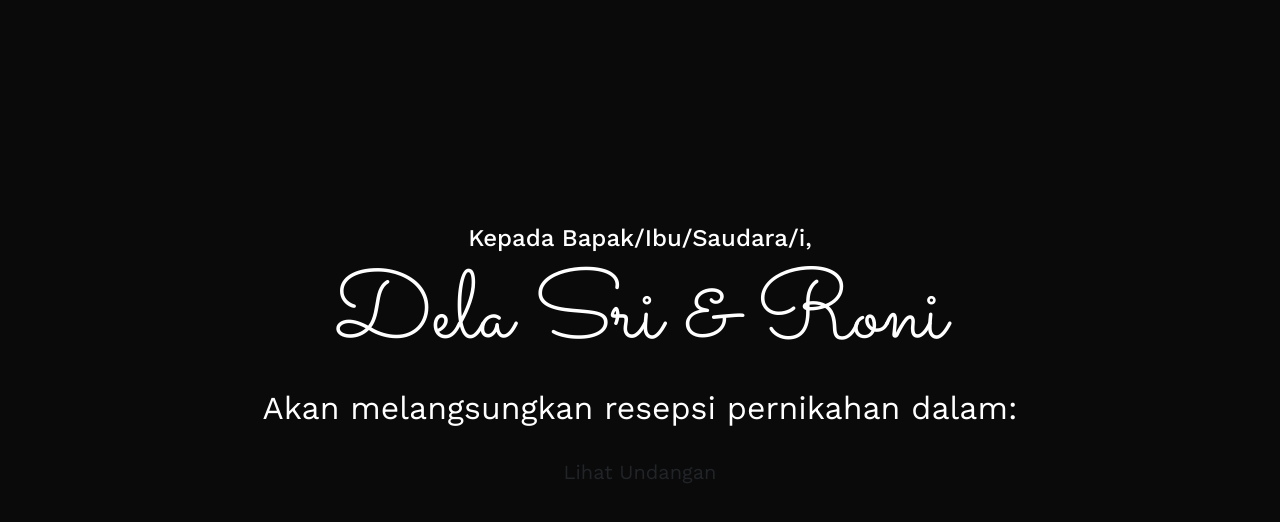
Repository: sellayspy/invitation
Page: index.html
These files come from the project's save history. The page is drawn as it stood at one moment and after the next save; the edit follows.
The browser window is 1280 px wide. The pictures show the whole page.

Above is the page before, as saved 2024-07-08 14:38:22.

### index.html
<!DOCTYPE html>
<html lang="en">
  <head>
    <meta charset="utf-8" />
    <meta name="viewport" content="width=device-width, initial-scale=1" />
    <title>Dela & Roni</title>
    <link
      href="https://cdn.jsdelivr.net/npm/bootstrap@5.3.3/dist/css/bootstrap.min.css"
      rel="stylesheet"
      integrity="sha384-QWTKZyjpPEjISv5WaRU9OFeRpok6YctnYmDr5pNlyT2bRjXh0JMhjY6hW+ALEwIH"
      crossorigin="anonymous"
    />
    <link rel="preconnect" href="https://fonts.googleapis.com" />
    <link rel="preconnect" href="https://fonts.gstatic.com" crossorigin />
    <link
      href="https://fonts.googleapis.com/css2?family=Sacramento&family=Work+Sans:ital,wght@0,100..900;1,100..900&display=swap"
      rel="stylesheet"
    />
    <link rel="stylesheet" href="style.css" />
  </head>
  <body>
    <section
      id="hero"
      class="hero w-100 h-100 p-3 mx-auto text-center d-flex justify-content-center align-items-center text-white"
    >
      <main>
        <h4>Kepada Bapak/Ibu/Saudara/i,</h4>
        <h1>Dela Sri & Roni</h1>
        <p>Akan melangsungkan resepsi pernikahan dalam:</p>
        <a href="#undangan" class="btn btn-lg">Lihat Undangan</a>
      </main>
    </section>
    <script
      src="https://cdn.jsdelivr.net/npm/bootstrap@5.3.3/dist/js/bootstrap.bundle.min.js"
      integrity="sha384-YvpcrYf0tY3lHB60NNkmXc5s9fDVZLESaAA55NDzOxhy9GkcIdslK1eN7N6jIeHz"
      crossorigin="anonymous"
    ></script>
  </body>
</html>

### style.css
:root {
  --pink: #f14e95;

  --bg: #0a0a0a;

  --shadow: 0 2px 2px rgb(0, 0, 0/ 0.5);
}

body {
  font-size: 1.2rem;
  font-family: "Work Sans", sans-serif;
}

.hero {
  min-height: 100vh;

  background-color: var(--bg);
}

.hero h1 {
  font-family: "Sacramento", cursive;
  font-size: 6rem;
}

.hero p {
  font-size: 2rem;
}

After the next save:
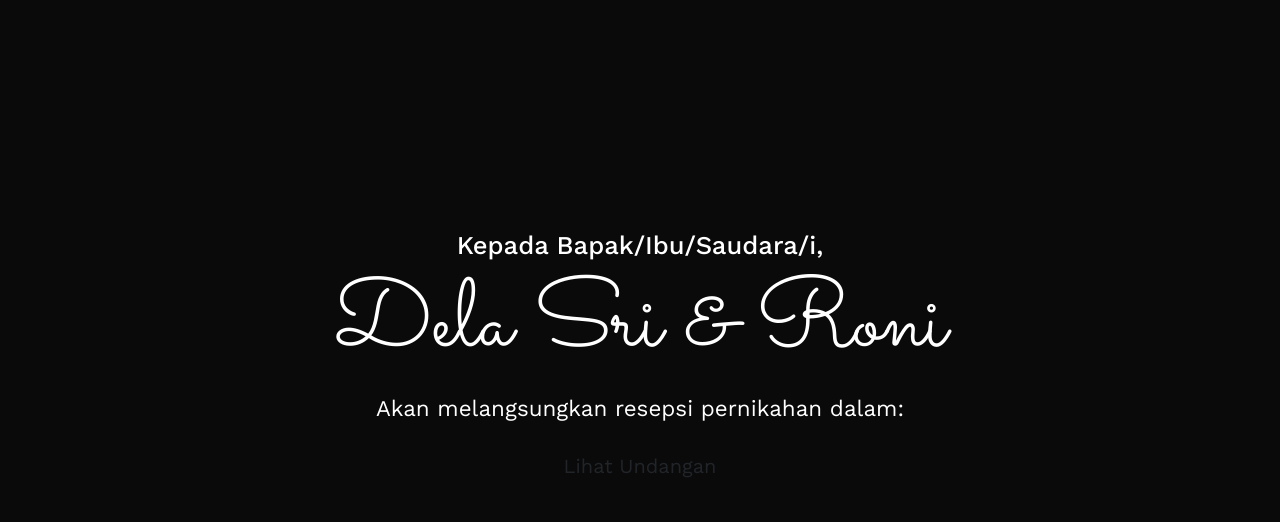
Saved 25 s later.
--- a/style.css
+++ b/style.css
@@ -22,6 +22,10 @@ body {
   font-size: 6rem;
 }
 
+.hero h4 {
+  font-size: 1.6rem;
+}
+
 .hero p {
-  font-size: 2rem;
+  font-size: 1.4rem;
 }
